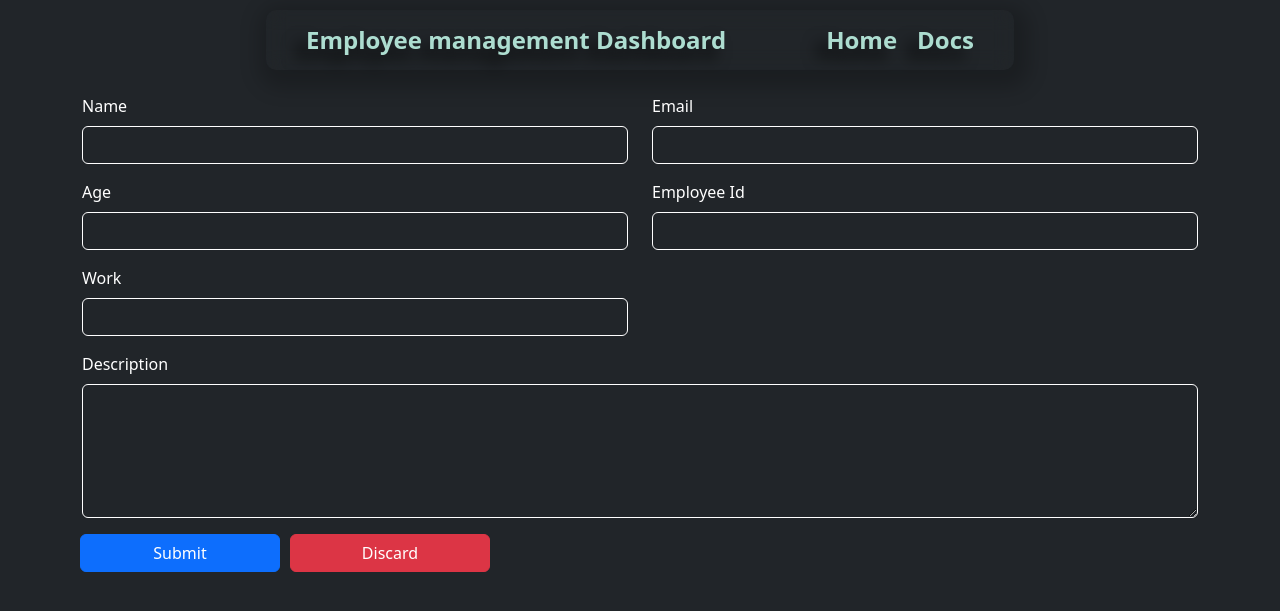
Repository: iamevs/Employee-Management-System
Page: /register (app in client/)
These files come from the project's save history. The page is drawn as it stood at one moment and after the next save; the edit follows.
The browser window is 1280 px wide. The pictures show the whole page.
The project was rebuilt for these pictures with package versions that can differ from the ones it lists, and the page was loaded fresh each time. Also part of the build but not shown: client/vite.config.js, client/src/components/Home.jsx, client/src/components/Edit.jsx, client/src/components/Hero.jsx. Imported but missing from the stored project, and not drawn on this page: client/src/components/Details.

Above is the page before, as saved 2022-11-29 00:50:30.

After the next save:
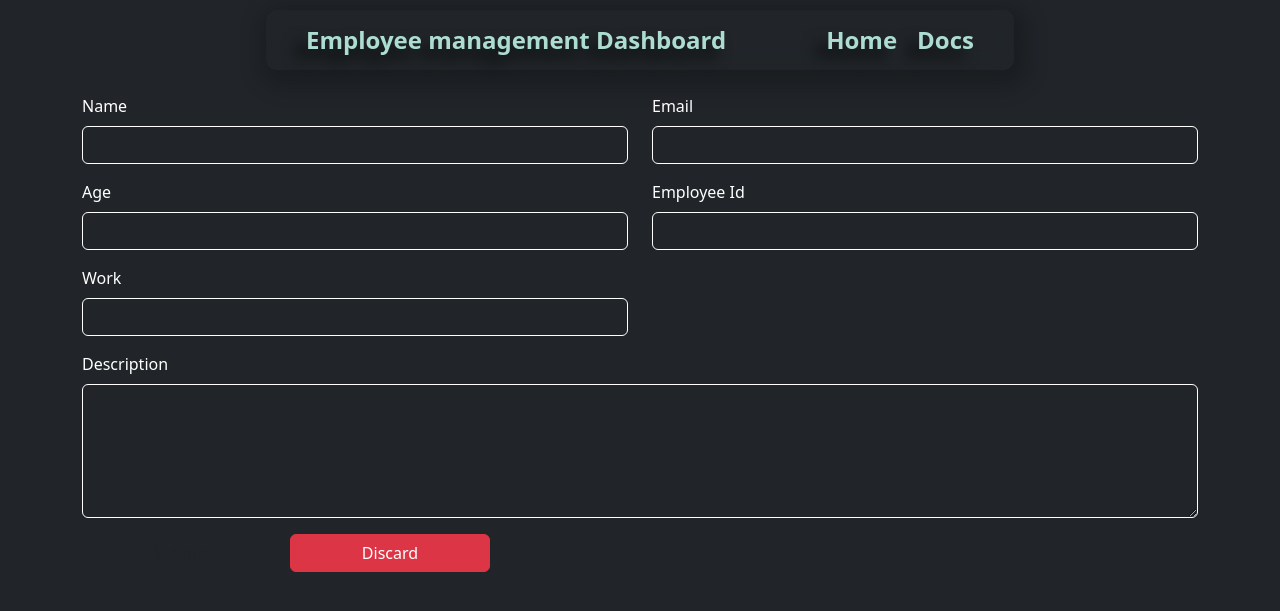
Saved 13 s later.
--- a/client/src/components/Register.jsx
+++ b/client/src/components/Register.jsx
@@ -107,7 +107,7 @@ const Register = () => {
                         <textarea name="desc" value={inpval.desc} onChange={setdata} className="form-control" id="" cols="30" rows="5"></textarea>
                     </div>
 
-                    <button type="submit" onClick={addinpdata} class="btn btn-primary" style={{width: "200px", marginLeft: "10px"}}>Submit</button>
+                    <button type="submit" onClick={addinpdata} class="btn" style={{width: "200px", marginLeft: "10px"}}>Submit</button>
                     <a href="/home" className="btn btn-danger" style={{width: "200px", marginLeft: "10px"}}>Discard</a>
                 </div>
             </form>
